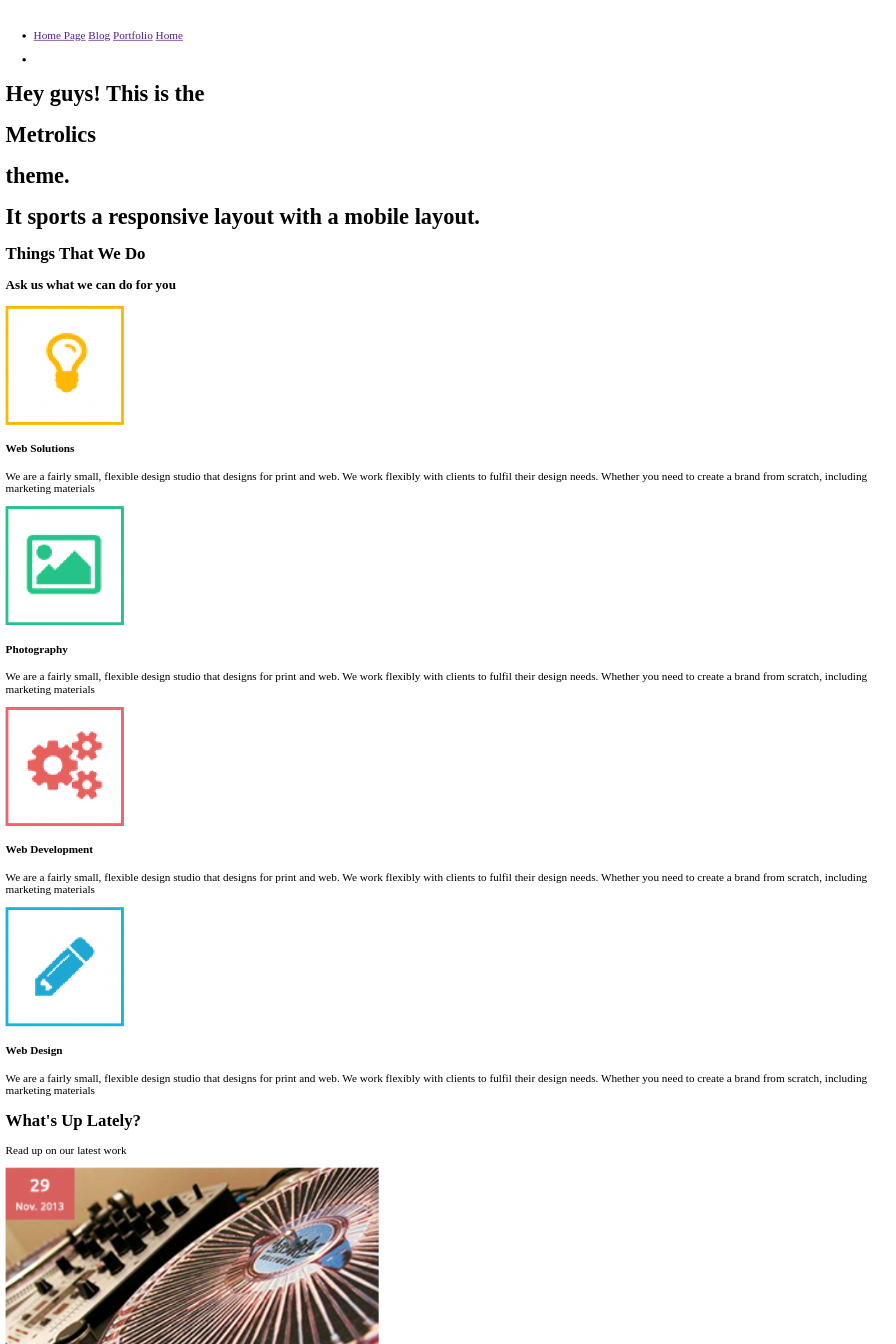
Repository: JerryWuOn/BCITPROJECT1-LAB-03B
Page: index.html
The author's editor kept a copy of each file at every save. The page is drawn from the files as they stood at one save, then again after a run of saves.
The browser window is 1280 px wide. The pictures show the part of the page from y = 0 to 1920 px (the page is 9315 px tall before and 9351 px after), at 70% of full size.

Above is the page before, as saved 2023-01-27 18:11:22.

### index.html
<!DOCTYPE html>
<html lang="en">
<head>
  <meta name="viewport" content="width=device-width, initial-scale=1.0">
    <title>Team Jerry and Takami</title>
</head>
<body class="page page--home">

  <header class="page_header">
      <div class="page_header_logo">
        <img src="" alt="">
      </div>
      <section class="home_pages">
        <ul class="page-links">
          <li class="page-links_items">
            <a href="">Home </a>
            <a href="">Page</a>
            <a href="">Blog</a>
            <a href="">Portfolio</a>
            <a href="">Home</a>
          </li>
        </ul>
      </section>
  </header>

  <section class="carousel">
    <ul>
      <li></li>
    </ul>
  </section>

      <div class="slide-show">

      </div>

         <div>
         <h1  class="font1">Hey guys! This is the</h1><h1 class="font1--colour-blue">Metrolics</h1><h1  class="font1">theme.</h1>
         <h1  class="font1">It sports a responsive layout with a mobile layout.</h1>
        </div>

          <h2>Things That We Do</h2>
            <h3>Ask us what we can do for you</h3>

             <div class="">

                <div>
                   <a><img src="icon1.png" href=""></a>
                   <h4>Web Solutions</h4>
                   <p>We are a fairly small, flexible design studio that designs for print and web. We work flexibly with clients to fulfil their design needs.
                    Whether you need to create a brand from scratch, including marketing materials</p>
                </div>

                <div>
                    <a><img src="icon2.png" href=""></a>
                    <h4>Photography</h4>
                    <p>We are a fairly small, flexible design studio that designs for print and web.
                      We work flexibly with clients to fulfil their design needs. Whether you need to create a brand from scratch, including marketing materials</p>
                 </div>

                 <div>
                    <a><img src="icon3.png" href=""></a>
                    <h4>Web Development</h4>
                    <p>We are a fairly small, flexible design studio that designs for print and web.
                      We work flexibly with clients to fulfil their design needs. Whether you need to create a brand from scratch, including marketing materials</p>
                 </div>

                 <div>
                    <a><img src="icon4.png" href=""></a>
                    <h4>Web Design</h4>
                    <p>We are a fairly small, flexible design studio that designs for print and web. We work flexibly with clients to fulfil their design needs.
                      Whether you need to create a brand from scratch, including marketing materials</p>
                 </div>

                </div>


        <div>
            <h2>What's Up Lately?</h2>
            <p>Read up on our latest work</p>
        </div>

          <div>
            <div><img src="pic.png"></div>
            <div><img src="pic.png"></div>
            <div><img src="pic.png"></div>
          </div>

          <div>
            <h2>Our Latest Project</h2>
            <p>Client happy? We are happy.</p>
          </div>

          <div class="grid">
            <div><img src="pic2.png"></div>
            <div><img src="pic2.png"></div>
            <div><img src="pic2.png"></div>
            <div><img src="pic2.png"></div>
            <div><img src="pic2.png"></div>
            <div><img src="pic2.png"></div>
          </div>



          <div class="button--left">
            <h2>Thingsofabove</h2>
            <p>Music stuff we could not anyolace else</p>

          <div>
            <h2></h2>
              <div>
                <img>
                   <div>
                    <h3></h3>
                    <p></p>
                   </div>
              </div>
          </div>

          <div>
            <h2></h2>
          </div>

          <div>
            <h2></h2>
          </div>

          </div>

                 <div class="button--right">

                 </div>


            <div class="grid-containers2">

              <div><img src="pic2.png"></div>
              <div><img src="pic2.png"></div>
              <div><img src="pic2.png"></div>
              <div><img src="pic2.png"></div>
              <div><img src="pic2.png"></div>

            </div>

        <div>
            <div>
                <a><img></a>
                <p></p>
            </div>

              <div>
                <div>
                    <h4></h4>
                    <hl>
                    <p></p>
                      <div class="grid-containers3">
                        <div><img src="pic2.png"></div>
                        <div><img src="pic2.png"></div>
                        <div><img src="pic2.png"></div>
                        <div><img src="pic2.png"></div>
                        <div><img src="pic2.png"></div>
                      </div>
                </div>

                <div>
                    <h2></h2>
                     <div>
                        <a></a>
                        <a></a>
                        <a></a>
                     </div>
                       <div class="">
                        <a></a>
                        <a></a>
                        <a></a>
                       </div>
                </div>

                <div>
                    <h2></h2>
                        <div>
                            <div></div>
                            <p></p>
                        </div>

                          <div>
                            <div></div>
                            <p></p>
                          </div>
                </div>

                <div>
                    <h2></h2>
                    <p></p>
                    <p></p><a></a>
                </div>
              </div>
        </div>
</body>
</html>

After the next 4 saves:
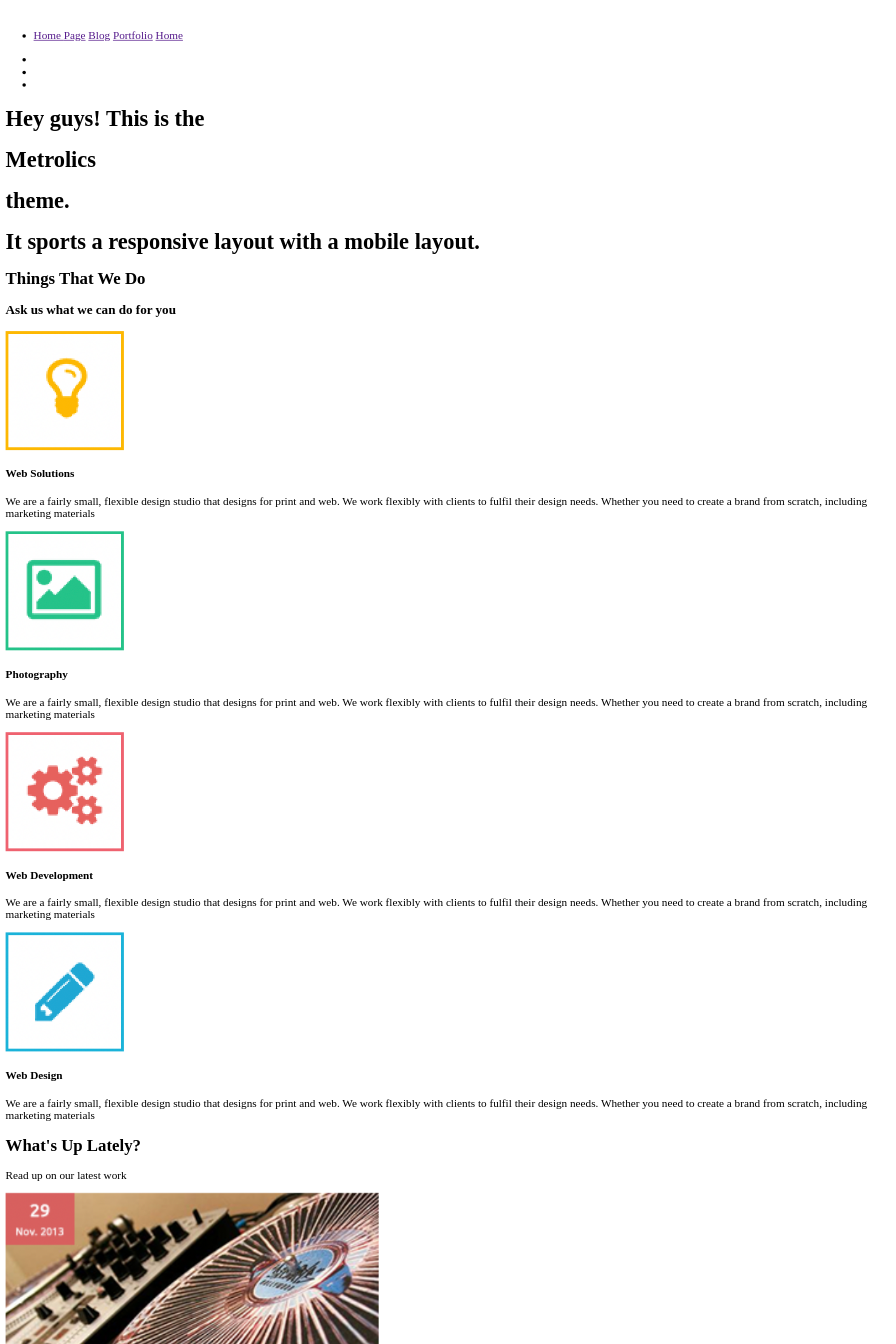
The 4 saves are shown as one change because they came seconds apart.
The last was saved 14 s later.
--- a/index.html
+++ b/index.html
@@ -24,7 +24,9 @@
   </header>
 
   <section class="carousel">
-    <ul>
+    <ul carousel>
+      <li></li>
+      <li></li>
       <li></li>
     </ul>
   </section>
